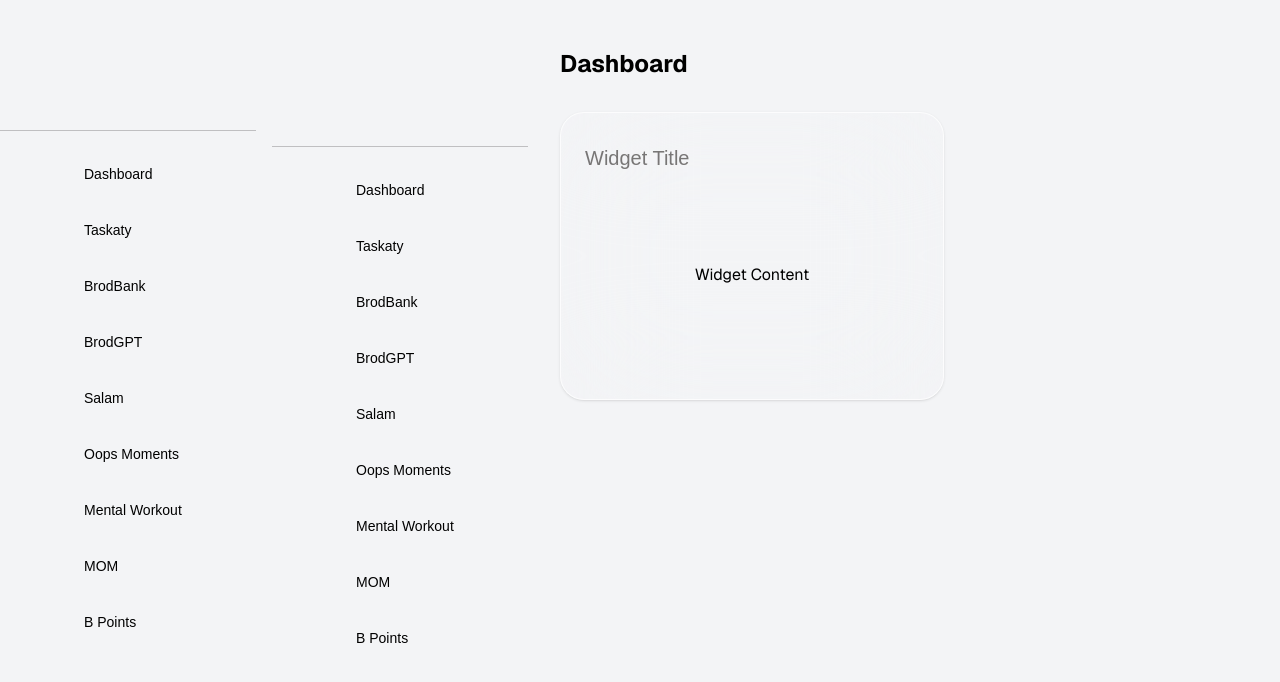
Repository: niirshihab/aetherav14
Page: /dashboard
These files come from the project's save history. The page is drawn as it stood at one moment and after the next save; the edit follows.
The browser window is 1280 px wide. The pictures show the whole page.
The project was rebuilt for these pictures with package versions that can differ from the ones it lists, and the page was loaded fresh each time. Some packages were replaced by stand-ins written for this rebuild. The framework's server and built-in components were replaced by stand-ins that run in the browser. Also part of the build but not shown: next.config.js.

Above is the page before, as saved 2024-07-21 01:55:03.

After the next save:
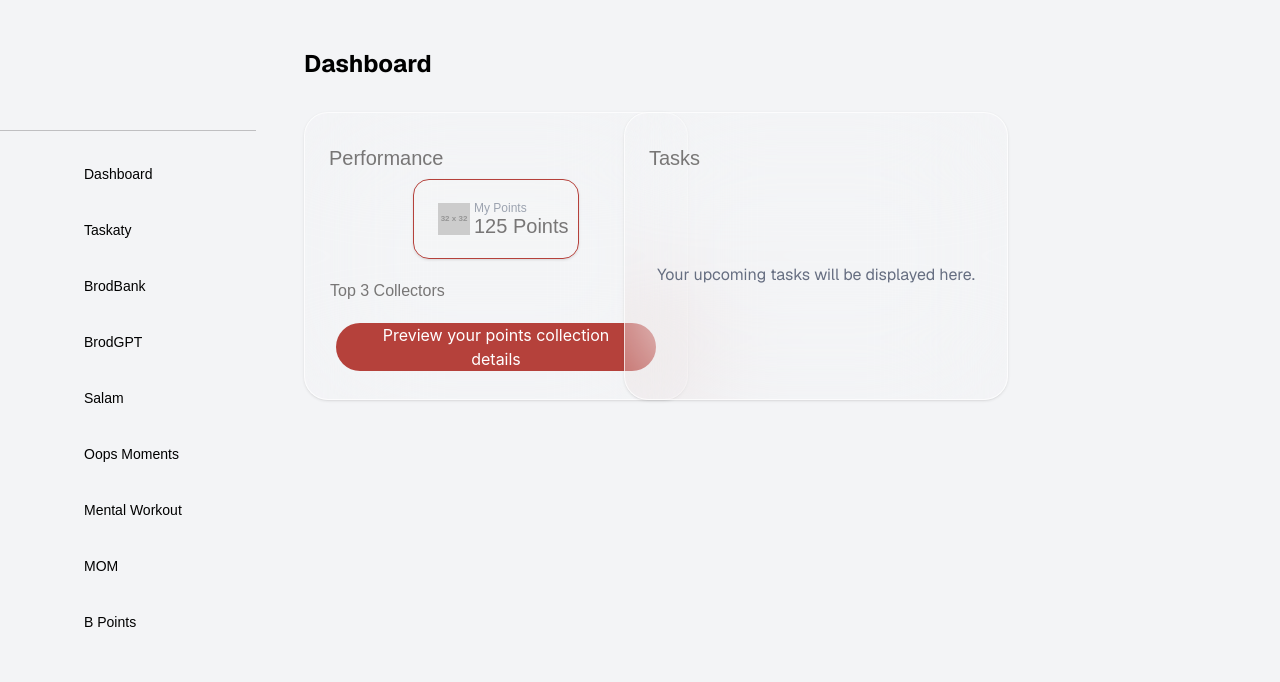
Saved 110 s later.
--- a/app/dashboard/page.tsx
+++ b/app/dashboard/page.tsx
@@ -1,18 +1,48 @@
 // app/dashboard/page.tsx
-import { Sidebar } from '@/components/SideNav';
 import { Widget } from '@/components/Widget'
+import { Button } from '@/components/Button'
 
 export default function DashboardPage() {
   return (
-    <div className="flex">
-      <Sidebar />
-      <main className="flex-1 p-8">
-        <h1 className="text-2xl font-bold mb-8">Dashboard</h1>
-        <div className="grid grid-cols-1 md:grid-cols-2 lg:grid-cols-3 gap-8">
-          <Widget title="Widget Title" children="Widget Content" />
-          {/* Add other widgets here */}
-        </div>
-      </main>
+    <div className="p-8">
+      <h1 className="text-2xl font-bold mb-8">Dashboard</h1>
+      <div className="grid grid-cols-1 md:grid-cols-2 lg:grid-cols-3 gap-8">
+        <Widget title="Performance">
+          <div className="w-80 h-20 justify-center items-center inline-flex">
+            <div className="grow shrink basis-0 self-stretch justify-center items-center gap-2 inline-flex">
+              <div className="w-40 h-20 justify-center items-center flex">
+                <div className="grow shrink basis-0 self-stretch p-6 bg-brod-stone-50/5 rounded-2xl shadow border border-brod-rose-700 flex-col justify-center items-center gap-2 inline-flex">
+                  <div className="h-16 justify-start items-center gap-1 inline-flex">
+                    <img className="w-8 h-8" src="https://via.placeholder.com/32x32" alt="User" />
+                    <div className="flex-col justify-start items-start gap-0.5 inline-flex">
+                      <div className="text-gray-400 text-xs font-normal font-abeezee leading-none">My Points</div>
+                      <div className="w-28 justify-start items-center gap-1 inline-flex">
+                        <div className="text-brod-stone/60 text-xl font-normal font-abeezee leading-none">125 Points</div>
+                      </div>
+                    </div>
+                  </div>
+                </div>
+              </div>
+              {/* Add Company's Average section here */}
+            </div>
+          </div>
+          <div className="self-stretch h-10 pl-px justify-start items-center inline-flex">
+            <div className="grow shrink basis-0 flex-col justify-start items-start gap-0.5 inline-flex">
+              <div className="text-brod-stone/60 text-base font-normal font-abeezee leading-none">Top 3 Collectors</div>
+            </div>
+            {/* Add top 3 collectors images here */}
+          </div>
+          <Button>Preview your points collection details</Button>
+        </Widget>
+
+        {/* Example of another widget */}
+        <Widget title="Tasks">
+          {/* Add task-related content here */}
+          <p className="text-brod-gray-500">Your upcoming tasks will be displayed here.</p>
+        </Widget>
+
+        {/* Add more widgets as needed */}
+      </div>
     </div>
-  );
+  )
 }
